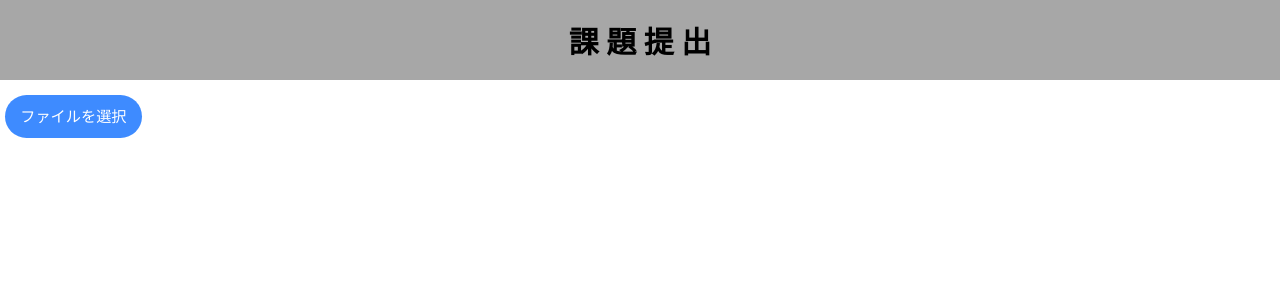
Repository: k-murakami18/canvas_v2
Page: submission.html
The author's editor kept a copy of each file at every save. The page is drawn from the files as they stood at one save, then again after the next save.
The browser window is 1280 px wide. The pictures show the whole page.

Above is the page before, as saved 2021-01-12 13:56:47.

After the next save:
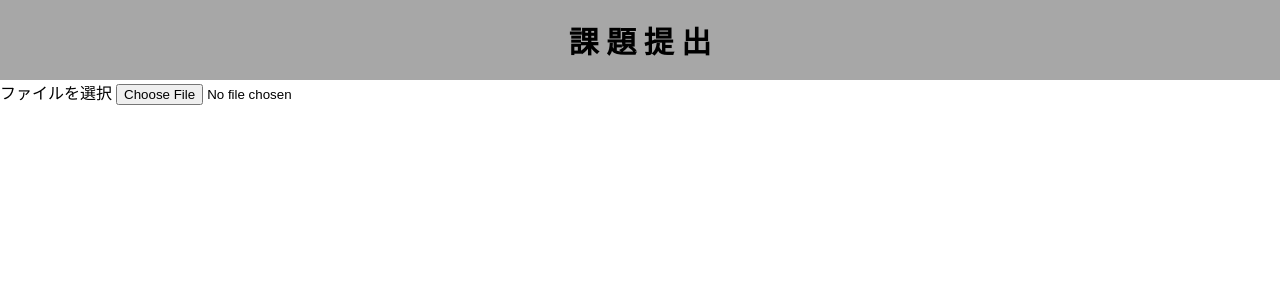
Saved 25 s later.
--- a/style.css
+++ b/style.css
@@ -188,28 +188,6 @@ body .btn_name{
   justify-content: center;
 }
 
-.upload-label {
-  display: inline-block;
-  cursor: pointer; /* カーソルを指に */
-  margin: 1em 0; /* まわりの余白 */
-  margin-left: 5px;
-  padding: .7em 1em; /* 文字まわりの余白 */
-  line-height: 1.4; /* 行間 */
-  background: #3e8bff; /* 背景色 */
-  color: #FFF; /* 文字色 */
-  font-size: 0.95em; /* フォントサイズ */
-  border-radius: 2.5em; /* 角の丸み */
-  transition: 0.2s; /* ホバーをなめらかに */
-}
-/* ホバー時 */
-.upload-label:hover {
-  box-shadow: 0 8px 10px -2px rgba(0, 0, 0, 0.2); /* 影を表示 */
-}
-/* inputは隠す */
-.upload-label input {
-  display: none;
-}
-
 #preview img {
   width: 400px;
   margin: 20px;
